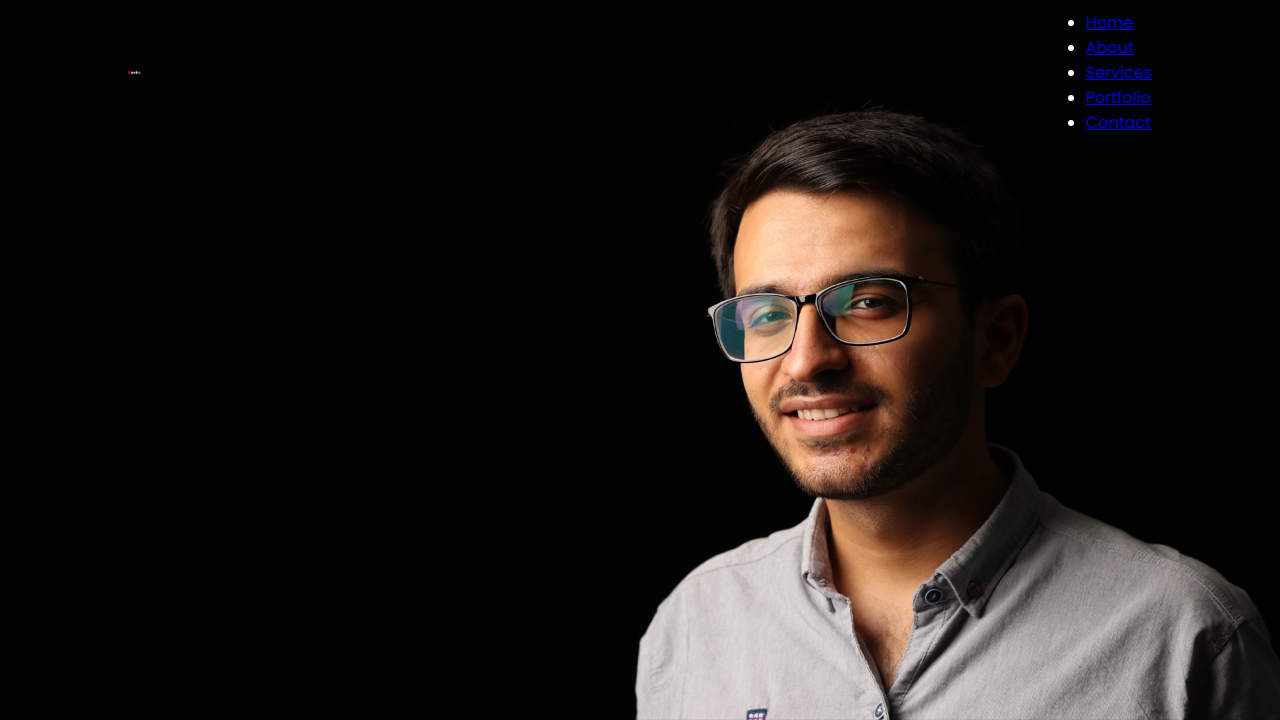
Repository: bryanbraide/Profile-card
Page: index.html
These files come from the project's save history. The page is drawn as it stood at one moment and after a run of saves; the edit follows.
The browser window is 1280 px wide. The pictures show the whole page.

Above is the page before, as saved 2025-06-09 12:07:27.

### index.html
<!DOCTYPE html>
<html lang="en">

<head>
  <meta charset="UTF-8">
  <meta name="viewport" content="width=device-width, initial-scale=1.0">
  <title>Personal Portfolio - Bryan Braide </title>
  <link rel="stylesheet" href="style.css">
  <link href="https://fonts.googleapis.com/css2?family=Poppins&display=swap" rel="stylesheet">

</head>

<body>
  <div id="header">
    <div class="container">
      <nav>
        <img src="images/logo.png" class="logo">
        <ul>
          <li><a href="#">Home</a></li>
          <li><a href="#">About</a></li>
          <li><a href="#">Services</a></li>
          <li><a href="#">Portfolio</a></li>
          <li><a href="#">Contact</a></li>
        </ul>
      </nav>
    </div>
  </div>

</body>

</html>

### style.css
* {
  margin: 0;
  padding: 0;
  font-family: 'Poppins' , 'sans-serif';
  box-sizing: border-box;
}
body {
  background: #080808;
  color: #fff;
}
#header {
  width: 100%;
  height: 100vh;
  background-image: url("images/background.png");
  background-size: cover;
  background-position: center;
}
.container{
  padding: 10px 10%;
}

nav {
  display: flex;
  align-items: center;
  justify-content: space-between;
  flex-wrap: wrap;
}
.logo{
  width: 13px;
}

nav ul li {

}

After the next 7 saves:
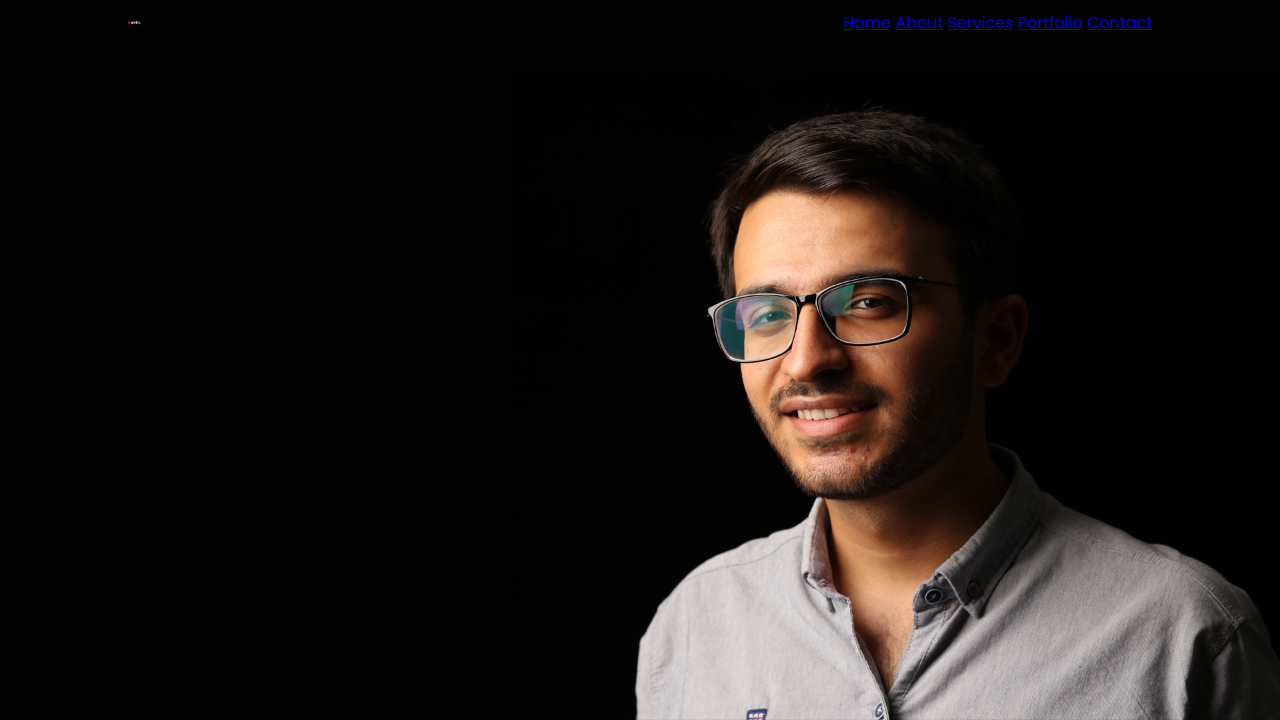
The 7 saves are shown as one change because they came seconds apart.
The last was saved 19 s later.
--- a/style.css
+++ b/style.css
@@ -30,5 +30,6 @@
 }
 
 nav ul li {
-
+  display: inline-block;
+  list-style: ;
 }
